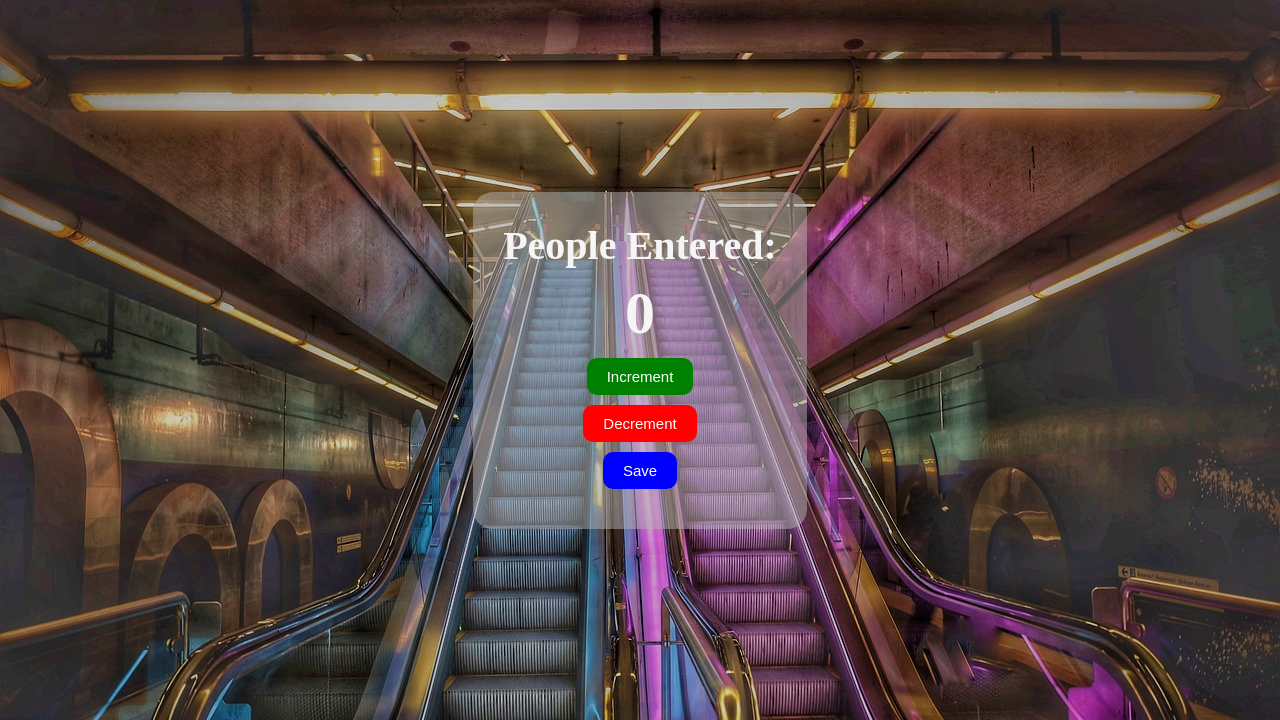
Repository: raghhavv03/javascript-practice
Page: task-1/index.html
An editor plug-in stored every save of this project. The page is shown before and after a run of saves, followed by the edit.
The browser window is 1280 px wide. The pictures show the whole page.

Above is the page before, as saved 2026-02-06 15:53:26.

After the next 5 saves:
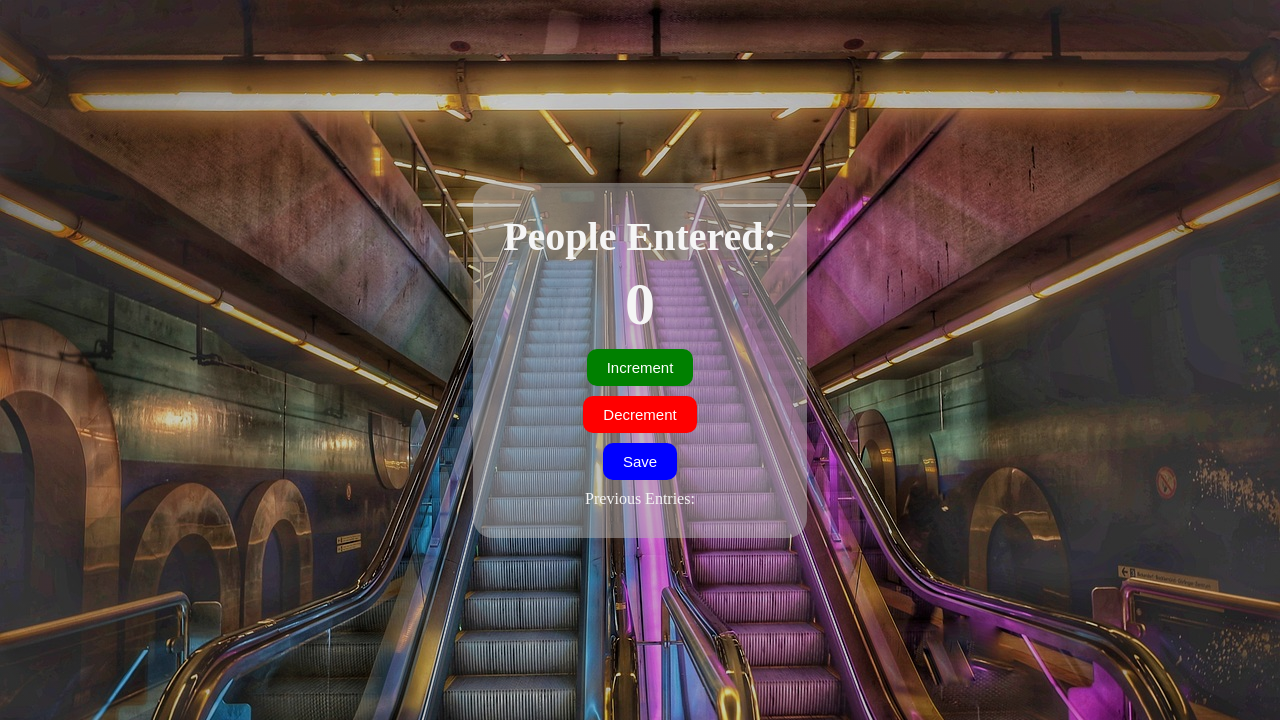
The 5 saves are shown as one change because they came seconds apart.
The last was saved 3 min 24 s later.
--- a/task-1/index.html
+++ b/task-1/index.html
@@ -14,7 +14,7 @@
             <button id="increment-btn" onClick="incrementCount()">Increment</button>
             <button id="decrement-btn" onClick="decrementCount()">Decrement</button>
             <button id="save-btn" onClick="saveCount()">Save</button>
-            <p id="previosu-count"></p>
+            <p id="previosu-count">Previous Entries: </p>
         </div>
     </body>
 </html>
